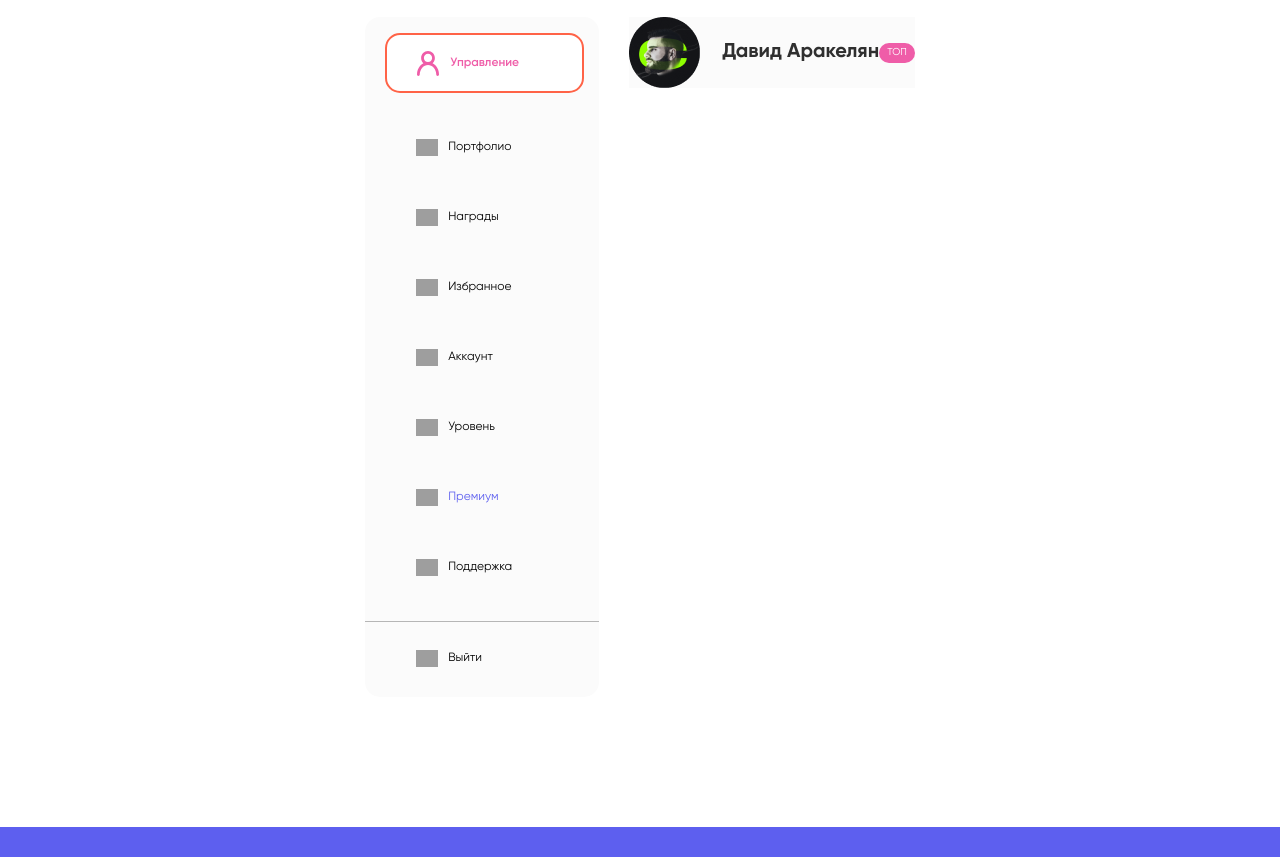
Repository: alexboagreek/selfmade
Page: index.html
These files come from the project's save history. The page is drawn as it stood at one moment and after a run of saves; the edit follows.
The browser window is 1280 px wide. The pictures show the part of the page from y = 353 to 1210 px (the page is 1719 px tall).
Pictures or frames that could not be fetched are drawn as grey boxes. A picture or video elsewhere on the page could not be fetched, so the positions and the page height are approximate.

Above is the page before, as saved 2022-12-13 12:25:56.

After the next 7 saves:
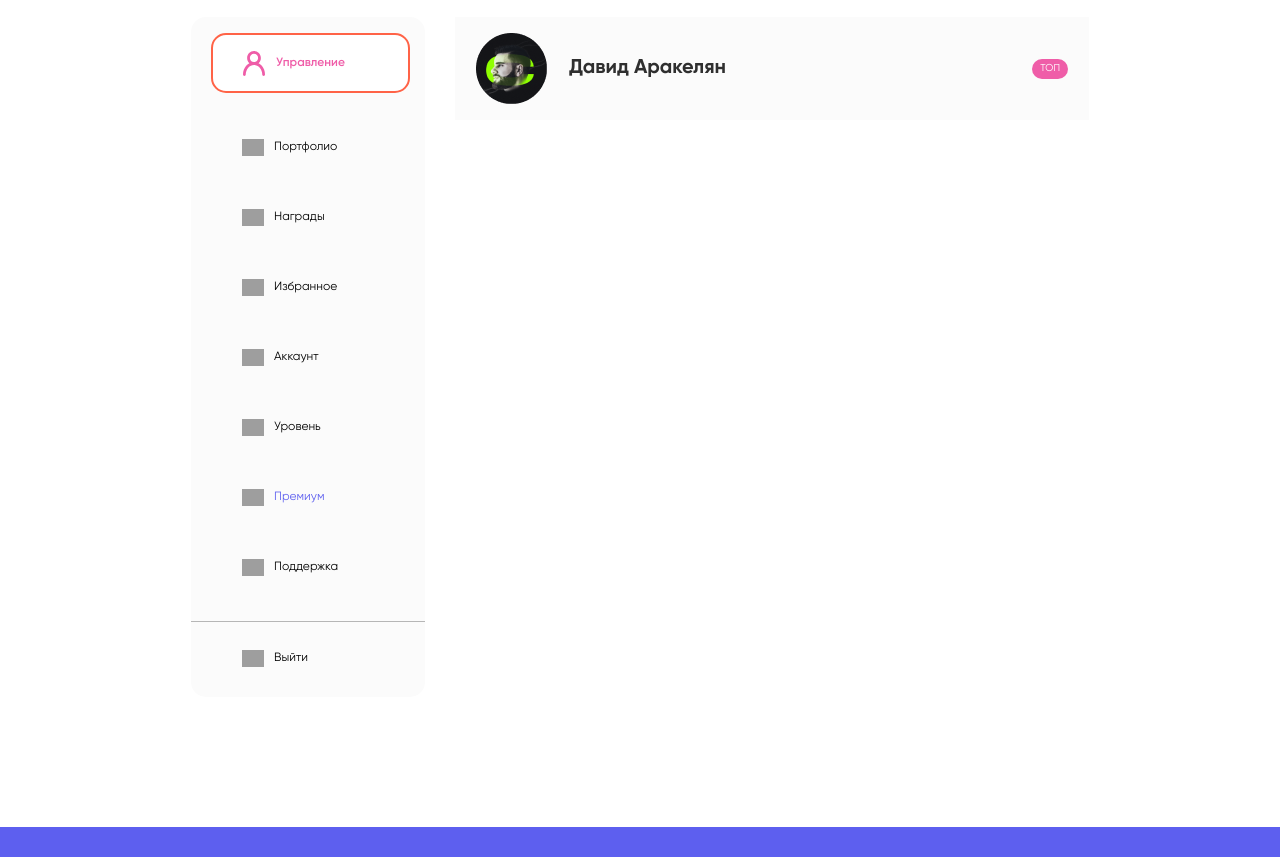
The 7 saves are shown as one change because they came seconds apart.
The last was saved 19 s later.
--- a/css/interface.css
+++ b/css/interface.css
@@ -1,6 +1,5 @@
 .interface__box {
-    paddin
-    g
+    padding: 16px 21px;
     width: 634px;
     background-color: var(--color-main);
 }
